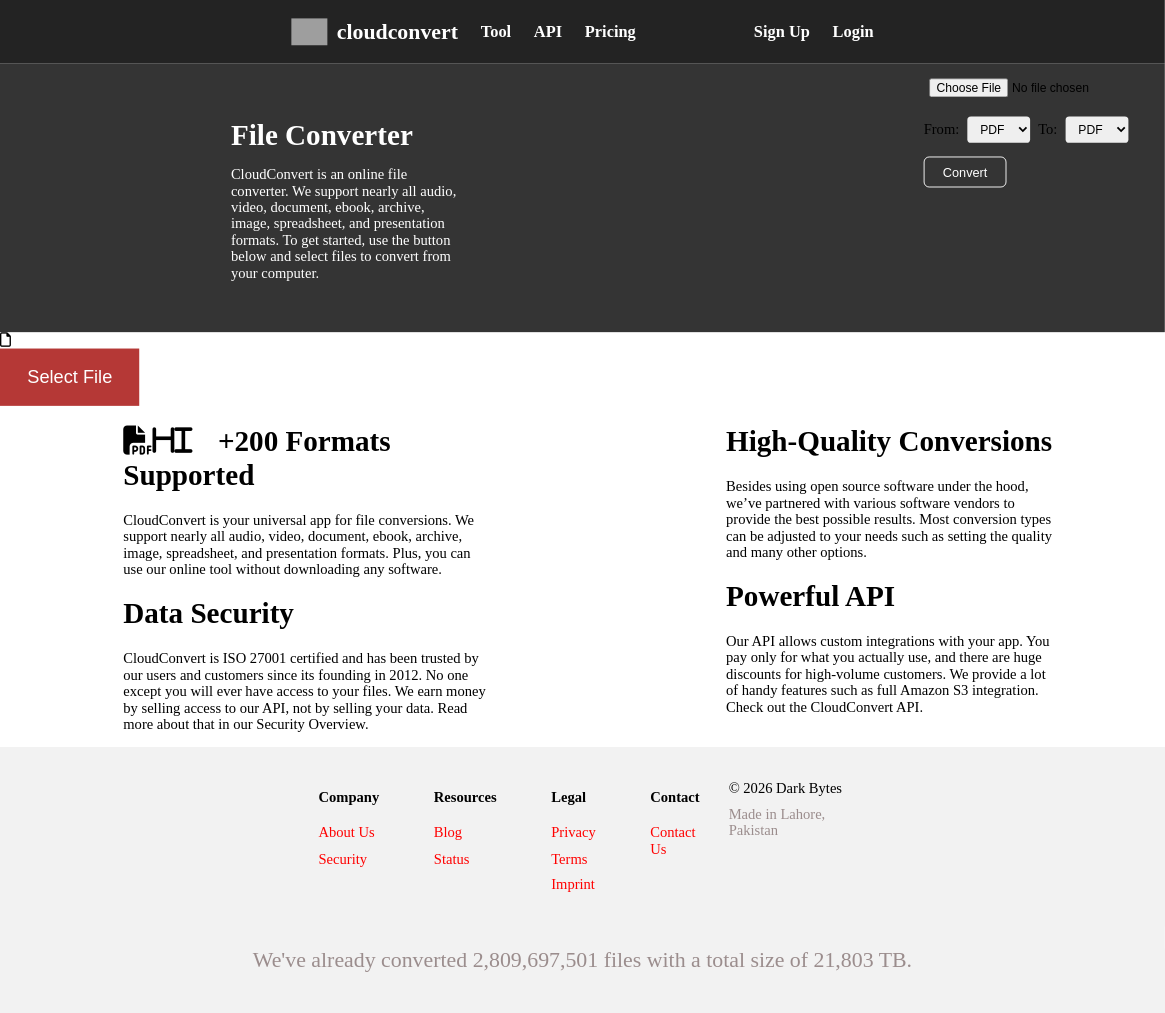
Repository: anfal-darkbytes/task_one
Page: http://localhost/
An editor plug-in stored every save of this project. The page is shown before and after the next save, followed by the edit.
The browser window is 1280 px wide. The pictures show the whole page, at 91% of full size.
Pictures or frames that could not be fetched are drawn as grey boxes. The page is served by the project's application, run on Django 4.2 (manage.py). Other server files are loaded and not shown.

Above is the page before, as saved 2026-01-09 07:40:58.

### templates/index.html
{% extends "base.html" %}
{% block file_converter %}

<div class="top-body">
    <div>
        <h1 class="top-body-header">File Converter</h1>
        <p class="top-body-para">
          CloudConvert is an online file converter.
          We support nearly all audio, video, document, ebook,
          archive, image, spreadsheet, and presentation formats.
          To get started, use the button below and select files
          to convert from your computer.
        </p>
    </div>
    <div class="form-container">

    {% if error %}
        <p class="error">{{ error }}</p>
    {% endif %}

    <form method="POST" enctype="multipart/form-data">
        {% csrf_token %}
        <input type="file" name="file" required><br>

        From:
        <select class="" name="from_ext" required>
            <option value="pdf">PDF</option>
            <option value="jpg">JPG</option>
            <option value="png">PNG</option>
        </select>

        To:
        <select name="to_ext" required>
            <option value="pdf">PDF</option>
            <option value="jpg">JPG</option>
            <option value="png">PNG</option>
        </select><br>

        <button type="submit" id="convert-button">Convert</button>
    </form>

    {% if output %}
        <p class="success">Download: <a href="{{ output }}" download>Click Here</a></p>
    {% endif %}
</div>


</div>

<div class="middle-body">
    <i class="fa-slab fa-regular fa-file"></i>
    <button id="pick-image">
        Select File
    </button>
    <div class="details-boxes">
        <div class="pair-containers1">
            <div class="single-container">
                <h1 class="container-title">
                    <i class="fa-solid fa-file-pdf">hi</i>
                    +200 Formats Supported</h1>
                <p class="container-body">CloudConvert is your universal app for file conversions. We support nearly all audio, video, document, ebook, archive, image, spreadsheet, and presentation formats. Plus, you can use our online tool without downloading any software.</p>
            </div>
            <div class="single-container">
                <h1 class="container-title">Data Security</h1>
                <p class="container-body">CloudConvert is ISO 27001 certified and has been trusted by our users and customers since its founding in 2012. No one except you will ever have access to your files. We earn money by selling access to our API, not by selling your data. Read more about that in our Security Overview.</p>
            </div>
        </div>
        <div class="pair containers2">
             <div class="single-container">
                <h1 class="container-title">High-Quality Conversions</h1>
                <p class="container-body">Besides using open source software under the hood, we’ve partnered with various software vendors to provide the best possible results. Most conversion types can be adjusted to your needs such as setting the quality and many other options.</p>
             </div>
            <div class="single-container">
                <h1 class="container-title">Powerful API</h1>
                <p class="container-body">Our API allows custom integrations with your app. You pay only for what you actually use, and there are huge discounts for high-volume customers. We provide a lot of handy features such as full Amazon S3 integration. Check out the CloudConvert API.</p>
            </div>
        </div>
    </div>
</div>


{% endblock %}

### templates/base.html
{% load static %}
<!DOCTYPE html>
<html>
<head>
    <title>File Converter</title>
    <link rel="stylesheet" href="{% static 'css/style.css' %}">
    <link rel="stylesheet" href="https://cdnjs.cloudflare.com/ajax/libs/font-awesome/6.5.0/css/all.min.css" integrity="sha512-jQ1FZP9pFqQfYyVvKTLbqRQj1S2EjeKzG0pC1S+r6/6QclZ3YhFgJz4X8G3a3F6K/2kEkD6K1V5OaxEf6P4J0g==" crossorigin="anonymous" referrerpolicy="no-referrer" />

</head>
<body>
    {% include "header.html" %}

    {% block file_converter %}
    {% endblock %}

    {% include "footer.html" %}

</body>
</html>

### templates/header.html
<header>
    <div class="header-div">
        <nav>
            <div class="menu-tab">
                <a href="{% url 'home' %}">
                    <img src="https://cloudconvert.com/images/logo_flat_110_borderless.png"
                         alt="cloudconvert-logo">
                    <h1 id="logo-name">cloudconvert</h1>
                </a>
                <h1>Tool</h1>
                <h1>API</h1>
                <h1>Pricing</h1>
            </div>
            <div class="auth-tab">
                <h1>Sign Up</h1>
                <h1>Login</h1>
            </div>
        </nav>
    </div>
</header>

### templates/footer.html
<footer>
    <div class="main-footer">
        <div class="bottom-bar">
            <div>
                <h1 class="bottom-bar-header">Company</h1>
                <h1 class="bottom-bar-child">About Us</h1>
                <h1 class="bottom-bar-child">Security</h1>
            </div>
           <div>
                <h1 class="bottom-bar-header">Resources</h1>
                <h1 class="bottom-bar-child">Blog</h1>
                <h1 class="bottom-bar-child">Status</h1>
            </div>
            <div>
                <h1 class="bottom-bar-header">Legal</h1>
                <h1 class="bottom-bar-child">Privacy</h1>
                <h1 class="bottom-bar-child">Terms</h1>
                <h1 class="bottom-bar-child">Imprint</h1>
            </div>
           <div>
                <h1 class="bottom-bar-header">Contact</h1>
                <h1 class="bottom-bar-child">Contact Us</h1>
            </div>
        </div>

        <div class="bottom-side-bar">
            <h1 class="bottom-side-bar-header">© 2026 Dark Bytes</h1>
            <h1 class="bottom-side-bar-child">Made in Lahore, Pakistan</h1>
        </div>
    </div>
    <div class="footer-bottom-details">
        <p>We've already converted 2,809,697,501 files with a total size of 21,803 TB.</p>
    </div>
</footer>

### taskOneApp/views.py
from django.shortcuts import render
from django.core.files.storage import FileSystemStorage
from .utils import convert_file
import os


def home(request):
    output_url = None
    error = None

    if request.method == 'POST' and request.FILES.get('file'):
        uploaded_file = request.FILES['file']
        from_ext = request.POST.get('from_ext', '').replace('.', '').lower()
        to_ext = request.POST.get('to_ext', '').replace('.', '').lower()

        fs = FileSystemStorage()

        # Save input file
        input_filename = fs.save(uploaded_file.name, uploaded_file)
        input_path = fs.path(input_filename)

        base_name = os.path.splitext(input_filename)[0]
        output_filename = f"{base_name}.{to_ext}"
        output_path = fs.path(output_filename)

        print(f"Input path: {input_path}")
        print(f"Output path: {output_path}")

        try:
            convert_file(input_path, from_ext, to_ext, output_path)

            output_url = fs.url(output_filename)

            # ✅ delete input file after success
            if os.path.exists(input_path):
                os.remove(input_path)

        except Exception as e:
            error = str(e)

            if os.path.exists(input_path):
                os.remove(input_path)

    return render(request, 'index.html', {
        'output': output_url,
        'error': error
    })

### taskOne/urls.py
from django.contrib import admin
from django.urls import path, include
from django.conf import settings
from django.conf.urls.static import static

urlpatterns = [
    path('admin/', admin.site.urls),
    path('', include('taskOneApp.urls')),
]

urlpatterns += static(settings.STATIC_URL, document_root=settings.STATICFILES_DIRS[0])

if settings.DEBUG:
    urlpatterns += static(settings.MEDIA_URL, document_root=settings.MEDIA_ROOT)

### taskOneApp/urls.py
from django.urls import path
from . import views

urlpatterns = [
 path('',views.home, name='home'),
 # path('',views.index,name='index')
]

### static/css/style.css
 body {
            background-color: #ffffff;
            justify-content: center;
            align-items: center;
            height: 100vh;
            margin: 0;
            /* padding: 0% 25%; */
        }

        .container-title i {
            margin-right: 20px;
            color: black;
        }

        .top-body {
            background-color: #343434;
            display: flex;
        }

        .top-body-header {
            color: white;
            text-align: start;
            margin: 0px;
            font-size: 32px;
            padding: 60px 25% 0px 25%;
        }

        .top-body-para {
            color: white;
            padding: 0px 50% 40px 25%;
            text-align: start;
        }

        .form-container {
            text-align: bottom;
        }

        h2 {
            color: #0073e6;
            margin-bottom: 20px;
        }

        .h1{
            color: red;
        }

        input[type="file"] {
            margin: 10px 0;
            padding: 6px;
        }

        select {
            padding: 6px 10px;
            margin: 5px;
            border-radius: 4px;
            border: white;
        }

        #convert-button {
            padding: 8px 20px;
            font-size: 14px;
           background-color:  #343434;
            border:1px solid white;
            color: white;
            border-radius: 6px;
            margin-top: 10px;
        }

        #pick-image {
            display: flex;
            background-color: #b53836;
            color: white;
            border: #b53836;
            padding: 20px 30px;
            font-size: 20px;
            margin: 0%;
            justify-content: center;

        }

        .container-title {
            padding: 0% 20%;
        }

        .container-body {
            padding: 0px 20%;
        }

        p.error {
            color: #e60000;
            font-weight: bold;
            margin-top: 10px;
        }

        p.success a {
            text-decoration: none;
            color: white;
            background-color: red;
            padding: 6px 12px;
            border-radius: 4px;
        }

        p.success a:hover {
            background-color: #1e7e34;
        }

        .form-container {
            display: flex;
        }

        .details-boxes {
            display: flex;
        }

        /* .pair-containers1 {
            display: flex;
        } */

        {}

        /* Header */

        .header-div {
          background-image: linear-gradient(to right, #343434, #383838);
        }

        .header-div nav {
        display: flex;
        align-items: center;
        justify-content: space-between;
        padding: 20px 25%;
        }

        #logo-name {
            color: white;
            font-size: 24px;
            text-decoration: none;
        }

        nav {
        display: flex;
        justify-content: space-between;
        align-items: center;
        padding: 10px 20px;
        background-color: #232323;
        color: white;
        }

        .menu-tab, .auth-tab {
        display: flex;
        align-items: center;
        gap: 25px;
        }

        .menu-tab a {
        display: flex;
        align-items: center;
        text-decoration: none;
        color: inherit;
        }

       .menu-tab img {
       height: 30px;
       margin-right: 10px;
       }

       .menu-tab h1, .auth-tab h1 {
       font-size: 18px;
       margin: 0;
       }



       /* Footer Styling */


       footer {
        background-color: #f2f2f2;
       }

       .main-footer {
        background-color: #f2f2f2;
        display: flex;
        align-items: start;
        justify-content: space-between;
        padding: 2% 25%;
       }

       .bottom-bar {
        display: flex;
       }

       .bottom-bar-header {
        color: black;
        font-weight:700;
        font-size: 16px;
        padding: 10px 30px;
       }

       .bottom-bar-child {
        color: red;
        font-weight: 400;
        font-size: 16px;
        padding: 0px 30px;
       }

       .bottom-side-bar-header {
        color: black;
        justify-content: space-between;
        font-weight: 400;
        font-size: 16px;
        padding: 20px, 30px;
       }

       .bottom-side-bar-child {
        color: rgb(155, 141, 141);
        font-weight: 400;
        font-size: 16px;
       }

       .footer-bottom-details {
        background-color: #f2f2f2;
        font-size: 24px;
        color: rgb(155, 141, 141);
        text-align: center;
        padding-bottom: 20px;
       }

After the next save:
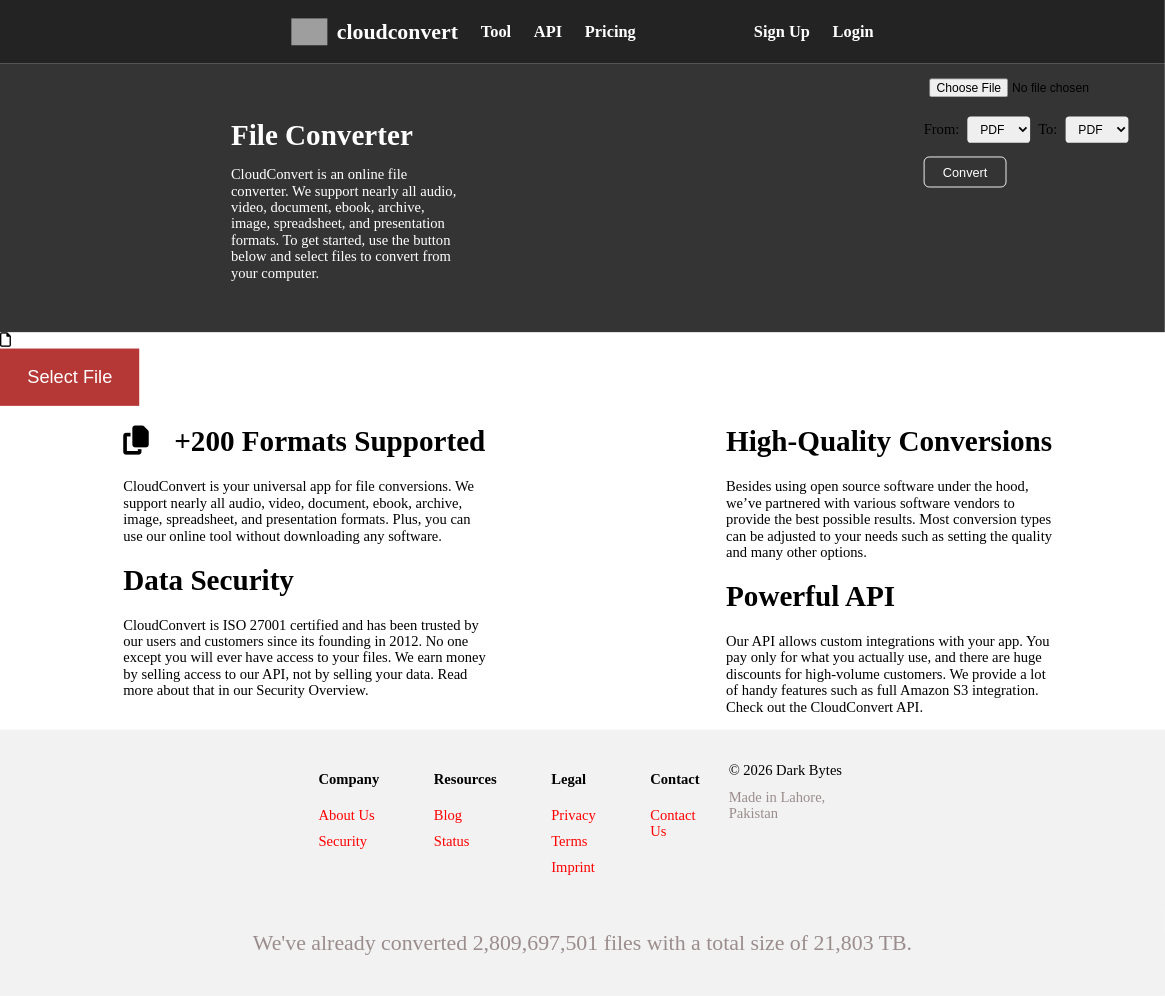
Saved 87 s later.
--- a/templates/index.html
+++ b/templates/index.html
@@ -56,7 +56,7 @@
         <div class="pair-containers1">
             <div class="single-container">
                 <h1 class="container-title">
-                    <i class="fa-solid fa-file-pdf">hi</i>
+                    <i class="fa fa-copy"></i>
                     +200 Formats Supported</h1>
                 <p class="container-body">CloudConvert is your universal app for file conversions. We support nearly all audio, video, document, ebook, archive, image, spreadsheet, and presentation formats. Plus, you can use our online tool without downloading any software.</p>
             </div>
